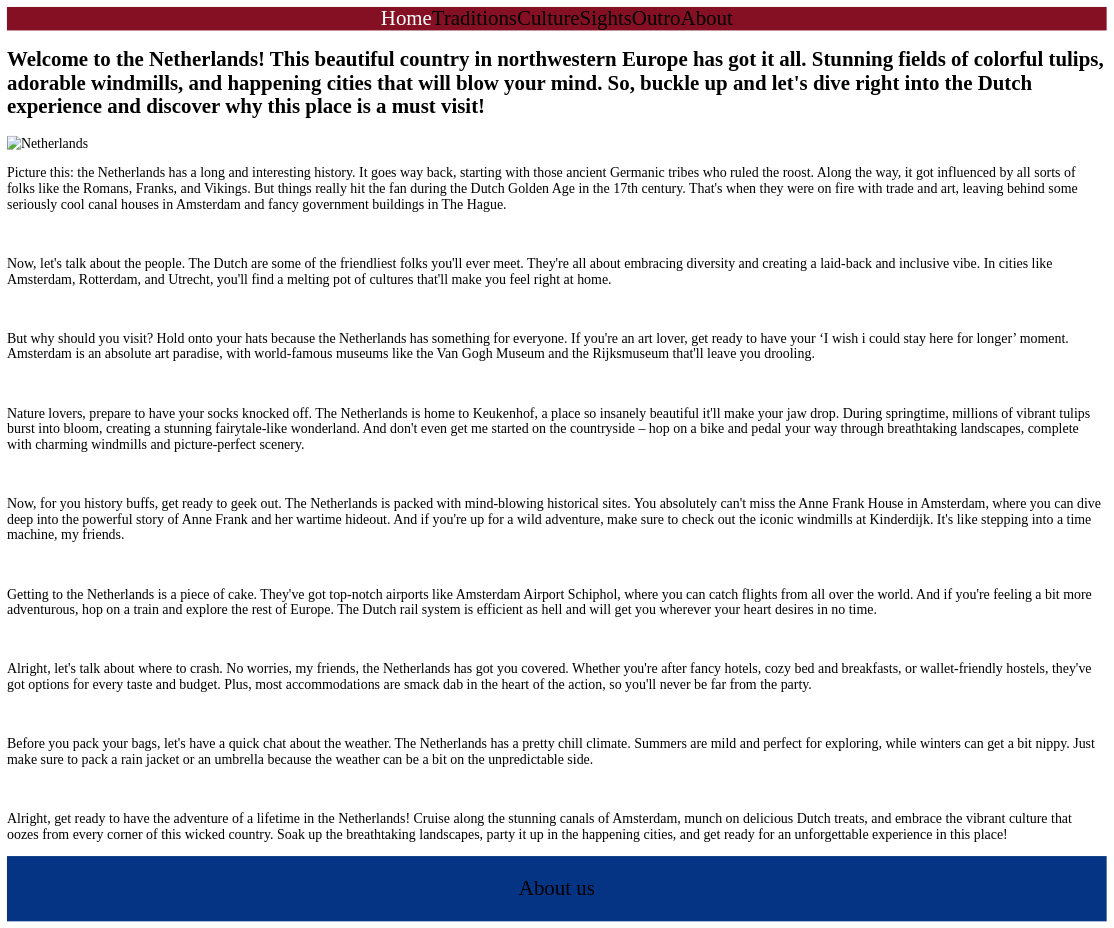
Repository: Cornman63/The-netherlands
Page: html/index.html
An editor plug-in stored every save of this project. The page is shown before and after the next save, followed by the edit.
The browser window is 1280 px wide. The pictures show the whole page, at 87% of full size.

Above is the page before, as saved 2023-05-26 12:49:13.

### html/index.html
<!DOCTYPE html>
<html lang="en">
<head>
    <meta charset="UTF-8">
    <meta http-equiv="X-UA-Compatible" content="IE=edge">
    <meta name="viewport" content="width=device-width, initial-scale=1.0">
    <link rel="stylesheet" href="../CSS\style2.css">
    <title>Visit the Netherlands</title>

</head>
<body>
    <div class="top">
        <div class="site"><a href="index.html" style="color:white" class="link">Home</a></div>
        <div class="site"><a href="traditions.html" class="link">Traditions</a></div>
        <div class="site"><a href="culture.html" class="link">Culture</a></div>
        <div class="site"><a href="sights.html" class="link">Sights</a></div>
        <div class="site"><a href="outro.html" class="link">Outro</a></div>
        <div class="site"><a href="about.html" class="link">About</a></div>
    </div>
    <div class="text">
        <h2>Welcome to the Netherlands! This beautiful country in northwestern Europe has got it all. Stunning fields of colorful tulips, adorable windmills, and happening cities that will blow your mind. So, buckle up and let's dive right into the Dutch experience and discover why this place is a must visit!</h2>
        <img src="" alt="Netherlands">

        <br>

        <p>Picture this: the Netherlands has a long and interesting history. It goes way back, starting with those ancient Germanic tribes who ruled the roost. Along the way, it got influenced by all sorts of folks like the Romans, Franks, and Vikings. But things really hit the fan during the Dutch Golden Age in the 17th century. That's when they were on fire with trade and art, leaving behind some seriously cool canal houses in Amsterdam and fancy government buildings in The Hague.</p>

        <br>

        <p>Now, let's talk about the people. The Dutch are some of the friendliest folks you'll ever meet. They're all about embracing diversity and creating a laid-back and inclusive vibe. In cities like Amsterdam, Rotterdam, and Utrecht, you'll find a melting pot of cultures that'll make you feel right at home.</p>

        <br>

        <p>But why should you visit? Hold onto your hats because the Netherlands has something for everyone. If you're an art lover, get ready to have your ‘I wish i could stay here for longer’ moment. Amsterdam is an absolute art paradise, with world-famous museums like the Van Gogh Museum and the Rijksmuseum that'll leave you drooling.</p>

        <br>

        <p>Nature lovers, prepare to have your socks knocked off. The Netherlands is home to Keukenhof, a place so insanely beautiful it'll make your jaw drop. During springtime, millions of vibrant tulips burst into bloom, creating a stunning fairytale-like wonderland. And don't even get me started on the countryside – hop on a bike and pedal your way through breathtaking landscapes, complete with charming windmills and picture-perfect scenery.</p>

        <br>

        <p>Now, for you history buffs, get ready to geek out. The Netherlands is packed with mind-blowing historical sites. You absolutely can't miss the Anne Frank House in Amsterdam, where you can dive deep into the powerful story of Anne Frank and her wartime hideout. And if you're up for a wild adventure, make sure to check out the iconic windmills at Kinderdijk. It's like stepping into a time machine, my friends.</p>

        <br>

        <p>Getting to the Netherlands is a piece of cake. They've got top-notch airports like Amsterdam Airport Schiphol, where you can catch flights from all over the world. And if you're feeling a bit more adventurous, hop on a train and explore the rest of Europe. The Dutch rail system is efficient as hell and will get you wherever your heart desires in no time.</p>

        <br>

        <p>Alright, let's talk about where to crash. No worries, my friends, the Netherlands has got you covered. Whether you're after fancy hotels, cozy bed and breakfasts, or wallet-friendly hostels, they've got options for every taste and budget. Plus, most accommodations are smack dab in the heart of the action, so you'll never be far from the party.</p>

        <br>

        <p>Before you pack your bags, let's have a quick chat about the weather. The Netherlands has a pretty chill climate. Summers are mild and perfect for exploring, while winters can get a bit nippy. Just make sure to pack a rain jacket or an umbrella because the weather can be a bit on the unpredictable side.</p>

        <br>

        <p>Alright, get ready to have the adventure of a lifetime in the Netherlands! Cruise along the stunning canals of Amsterdam, munch on delicious Dutch treats, and embrace the vibrant culture that oozes from every corner of this wicked country. Soak up the breathtaking landscapes, party it up in the happening cities, and get ready for an unforgettable experience in this place!</p>
    </div>
    <div class="bottom">
        <p>About us</p>
    </div>


</body>
</html>

### CSS/style2.css
.top, .bottom {
    display: flex;
    flex-direction: row;
    justify-content: center;
    align-content:center;
    background-color:#861023;
    margin: auto;
    font-size: 150%;
}
.bottom{
    background-color: #053484;
}
.topbar {
    display: flex;
    border: 1%;
    margin: 1%;
    margin-right: 10%;
    align-content: center;
    width: 90%;
}

.link{
    text-decoration: none;
}
.link:link {
    color:black;
}
.link:visited {
    color:black;
}
.link:hover {
    color:white;
}
.foodmain {
    display: flex;
    flex-direction: row;
}
.food1 {
    max-width: 400px;
    margin: auto;
    display: flex;
    flex-direction: row;
}
#wafel, #hagel, #herring, #lico {
    width: 50%;
    height: 50%;
    display: flex;
    flex-direction: row;
}
.start {
    width: 100px;
}

After the next save:
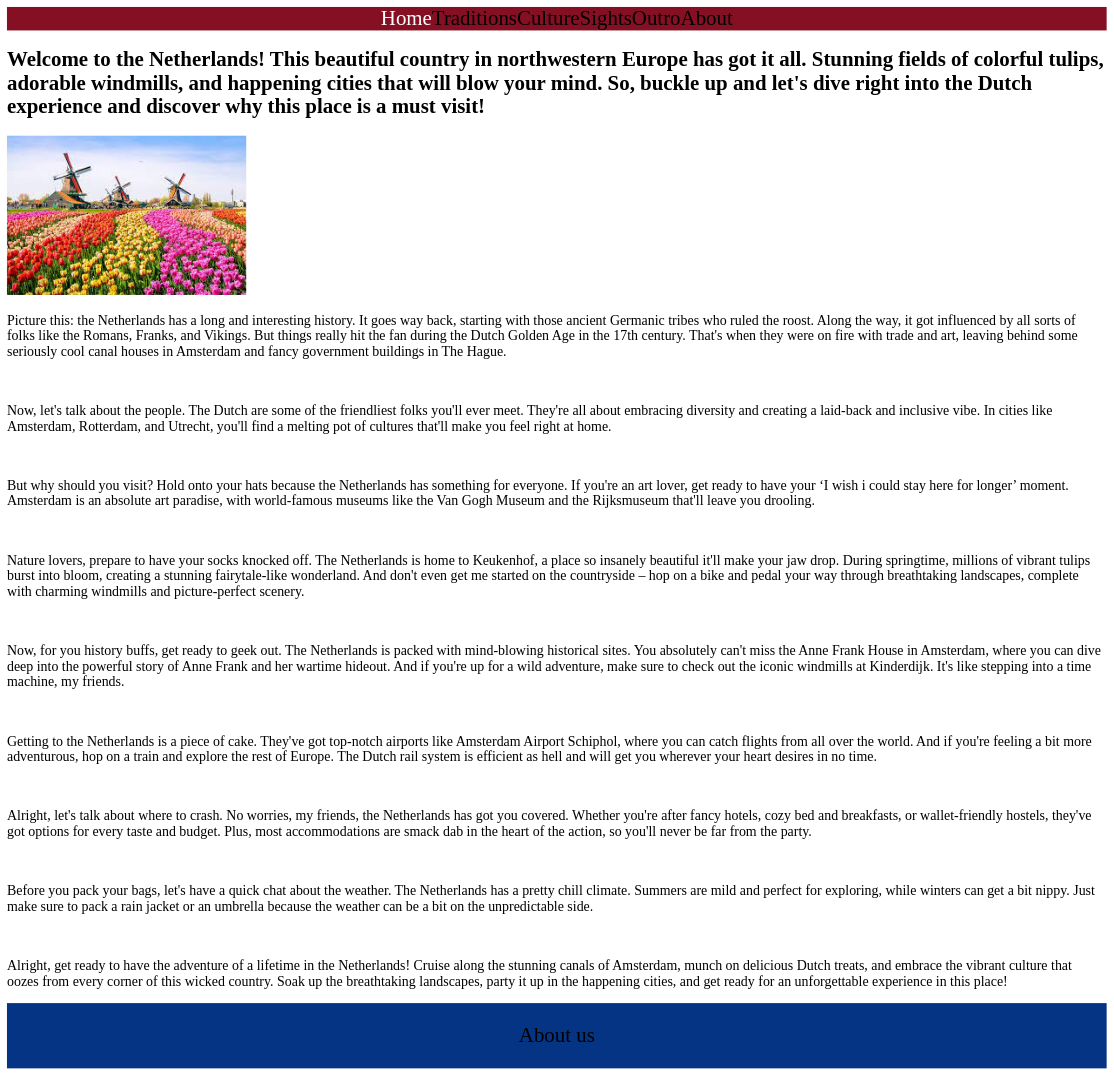
Saved 46 s later.
--- a/html/index.html
+++ b/html/index.html
@@ -19,7 +19,7 @@
     </div>
     <div class="text">
         <h2>Welcome to the Netherlands! This beautiful country in northwestern Europe has got it all. Stunning fields of colorful tulips, adorable windmills, and happening cities that will blow your mind. So, buckle up and let's dive right into the Dutch experience and discover why this place is a must visit!</h2>
-        <img src="" alt="Netherlands">
+        <img src="../images\Netherlands.jfif" alt="Netherlands">
 
         <br>
 
